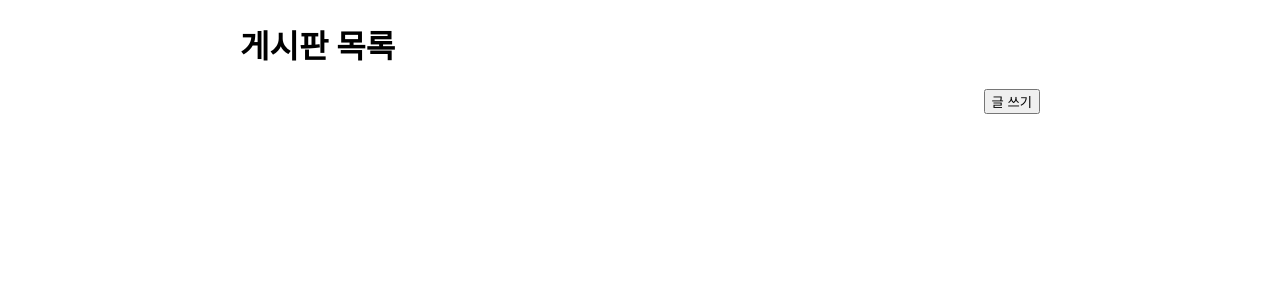
Repository: coolSummer1119/study
Page: http://localhost/ch03_Jsp/ch18_board/list.jsp
These files come from the project's save history. The page is drawn as it stood at one moment and after the next save; the edit follows.
The browser window is 1280 px wide. The pictures show the whole page.
The page is served by Tomcat 9. Queries for data that is not in the repository find no rows.

Above is the page before, as saved 2024-04-30 08:15:57.

After the next save:
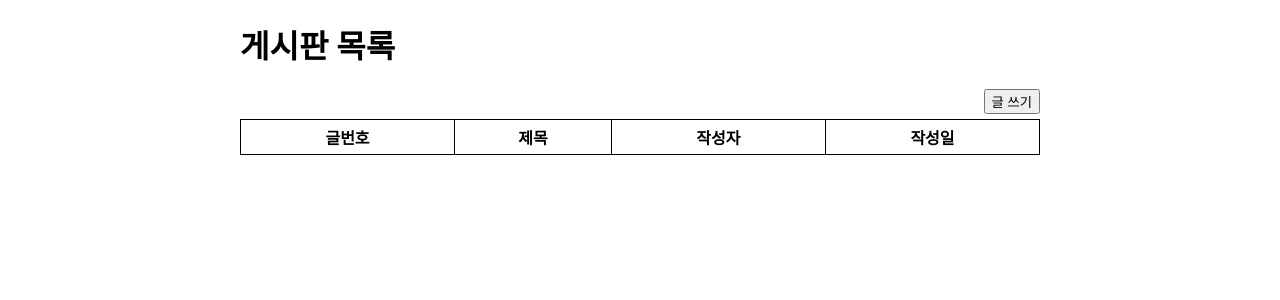
Saved 2 min 14 s later.
--- a/workspace/ch03_Jsp/src/main/webapp/ch18_board/list.jsp
+++ b/workspace/ch03_Jsp/src/main/webapp/ch18_board/list.jsp
@@ -20,8 +20,17 @@
 	<h1>게시판 목록</h1>
 	<div class="align-right">
 		<input type="button" value="글 쓰기" onclick="location.href='writeForm.jsp'">
-
 	</div>
+	<!-- 목록 출력 시작 -->
+	<table>
+		<tr>
+			<th>글번호</th>
+			<th>제목</th>
+			<th>작성자</th>
+			<th>작성일</th>
+		</tr>
+	</table>
+	<!-- 목록 출력 끝 -->
 </div>
 </body>
 </html>
